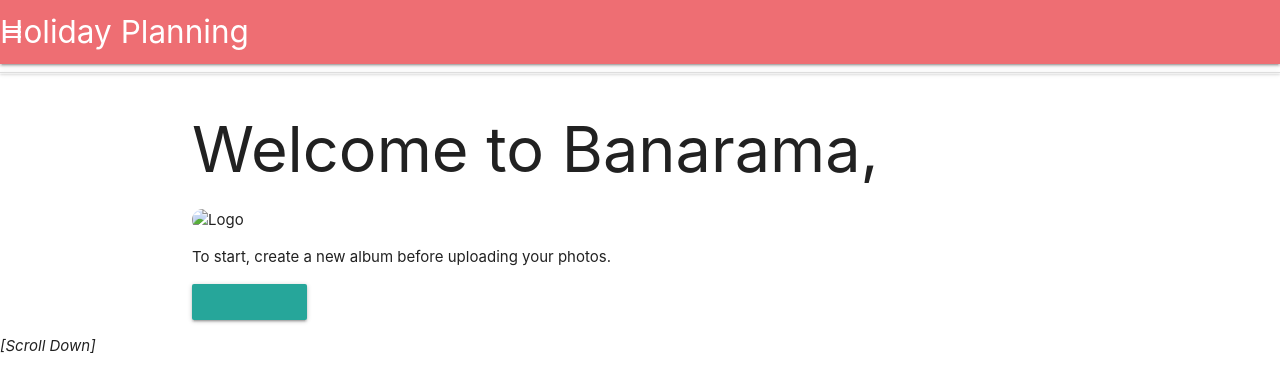
Repository: Code-Institute-Submissions/Project3-Holiday_Planning
Page: http://localhost/
The author's editor kept a record of every edit. The page is drawn from the files as they stood at one moment, then again after the next edit.
The browser window is 1280 px wide. The pictures show the whole page.
The page is served by the project's application, run on Flask 3 (app.py). Queries for data that is not in the repository find no rows.

Above is the page before.
Not found: static/images/shookethbanana.gif

After the next edit:
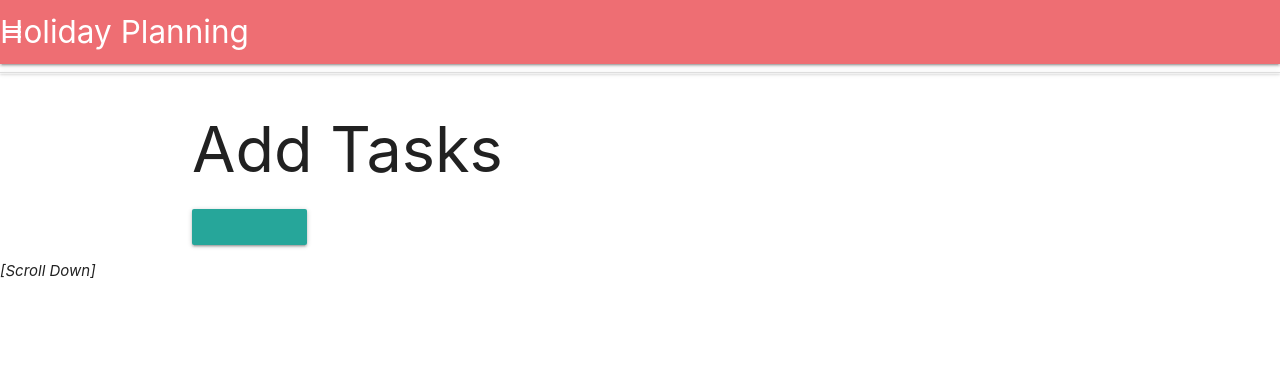
The edit:
--- a/templates/tasks.html
+++ b/templates/tasks.html
@@ -17,9 +17,7 @@
 <div>
     <section class="jumbotron text-center">
         <div class="container">
-          <h1 class="jumbotron-heading" id="font1">Welcome to Banarama,</h1>
-          <img src="/static/images/shookethbanana.gif" alt="Logo" style="width:12vw; border-radius:20pt">
-          <p class="lead text-muted" id="font3">To start, create a new album before uploading your photos.</p>
+          <h1 class="jumbotron-heading" id="font1">Add Tasks</h1>
           <p id="font3">
             <a href='{{ url_for('add_task') }}' class="btn btn-warning my-2"><i class="fa fa-hand-peace-o"></i><br>Add Tasks</a>
           </p>
